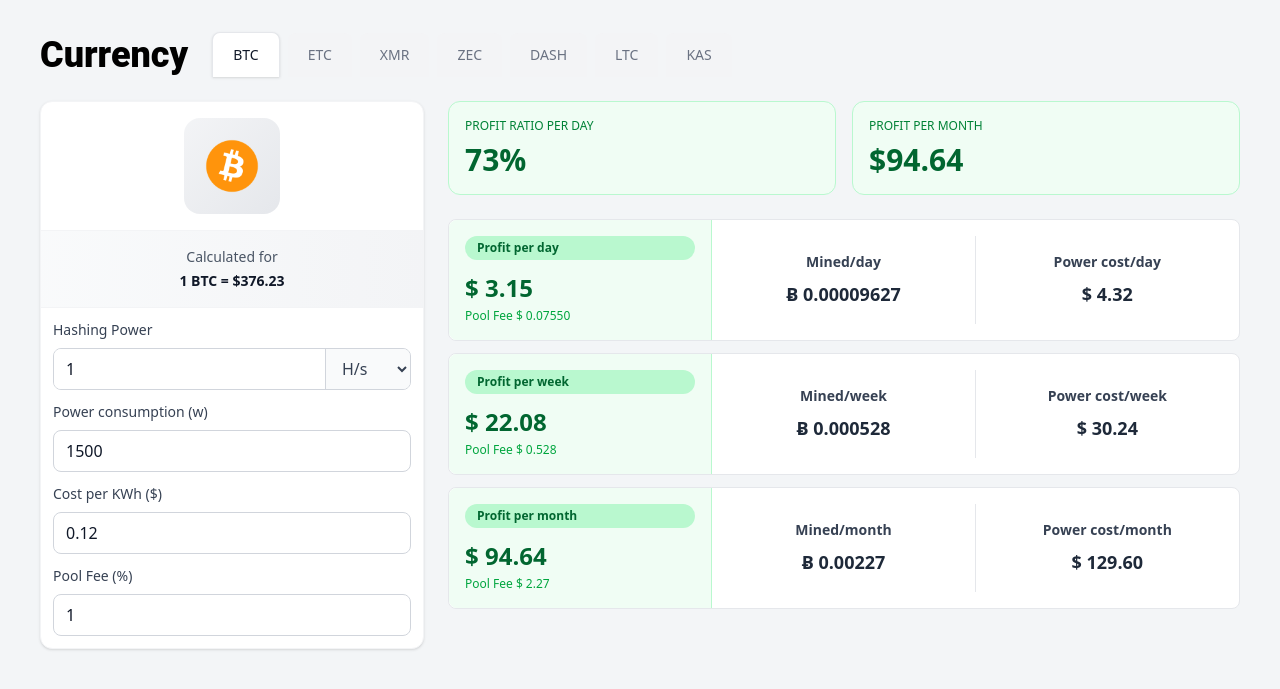
Repository: Bilal-Ahmad-CodeMaster/crypto-proj
Page: /
These files come from the project's save history. The page is drawn as it stood at one moment and after a run of saves; the edit follows.
The browser window is 1280 px wide. The pictures show the whole page.
The project was rebuilt for these pictures with package versions that can differ from the ones it lists, and the page was loaded fresh each time. The framework's server and built-in components were replaced by stand-ins that run in the browser. Also part of the build but not shown: next.config.ts.

Above is the page before, as saved 2025-11-25 22:36:45.

### src/app/layout.tsx
import './globals.css'
import React from 'react'


export const metadata = {
  title: 'Mining Dashboard',
}


export default function RootLayout({ children }: { children: React.ReactNode }) {
  return (
    <html lang="en">
      <body>
        {children}
      </body>
    </html>
  )
}

### src/app/page.tsx
'use client'
import React, { useState } from 'react'
import Tabs from './components/Tabs'
import HashingForm from './components/HashingForm'
import ResultCards from './components/ResultCards'


const currencies = [
  { id: 'btc', label: 'BTC' },
  { id: 'etc', label: 'ETC' },
  { id: 'xmr', label: 'XMR' },
  { id: 'zec', label: 'ZEC' },
  { id: 'dash', label: 'DASH' },
  { id: 'ltc', label: 'LTC' },
  { id: 'kas', label: 'KAS' }
]


export default function Page() {
  const [active, setActive] = useState('btc')


  return (
    <main className="min-h-screen p-8 bg-[#f3f5f7]">
      <div className="max-w-[1200px] mx-auto">
        <header className="flex items-center gap-6 mb-6">
          <h1 className="text-4xl font-extrabold text-black" style={{ fontFamily: '"Lobster", Roboto, Arial' }}>
            Currency
          </h1>
          <nav className="flex-1">
            <Tabs active={active} setActive={setActive} tabs={currencies} />
          </nav>
        </header>


        <div className="grid grid-cols-1 lg:grid-cols-3 gap-6">
          <div>
            <HashingForm active={active} />
          </div>


          <div className="lg:col-span-2">
            <ResultCards active={active} />
          </div>
        </div>
      </div>
    </main>
  )
}

### src/app/globals.css
@import "tailwindcss";

/* Small helpers to match the design exactly */
body {
  @apply bg-gray-50 font-sans text-gray-900 antialiased;
}

/* Hide focus indicators for all form inputs */
input:focus,
select:focus {
  outline: none !important;
  box-shadow: none;
}
.hashing-form input:focus,
.hashing-form select:focus {
  outline: none;

  box-shadow: none;
}
/* Chrome, Safari, Edge */
input[type="number"]::-webkit-inner-spin-button,
input[type="number"]::-webkit-outer-spin-button {
  -webkit-appearance: none;
  margin: 0;
}

### src/app/components/Tabs.tsx
'use client'
import React from 'react'

export default function Tabs({ active, setActive, tabs }: { active: string; setActive: (s: string) => void; tabs: { id: string; label: string }[] }) {
    return (
        <div className="flex gap-2 items-end">
            {tabs.map(t => (
                <button
                    key={t.id}
                    onClick={() => setActive(t.id)}
                    className={`px-5 py-3 rounded-t-lg text-sm font-medium transition-all ${active === t.id
                            ? 'bg-white text-gray-900 border-t border-l border-r border-gray-200 shadow-sm'
                            : 'text-gray-500 hover:text-gray-700 bg-gray-100 hover:bg-gray-200'
                        }`}
                    style={{ minWidth: 56 }}
                >
                    {t.label}
                </button>
            ))}
        </div>
    )
}

### src/app/components/HashingForm.tsx
'use client'
import Image from 'next/image'
import React from 'react'

export default function HashingForm({ active }: { active: string }) {
    return (
        <div className="bg-white rounded-xl shadow-sm border border-gray-100 overflow-hidden">
            <div className="p-4 border-b border-gray-100 flex items-center justify-center">
                <div className="w-24 h-24 bg-linear-to-br from-gray-100 to-gray-200 rounded-2xl flex items-center justify-center p-4">
                    <Image
                        src={`/${active.toLowerCase()}.png`}
                        alt="logo"
                        width={64}
                        height={64}
                        className="object-contain"
                    />
                </div>
            </div>

            <div className="bg-linear-to-r from-gray-50 to-gray-100 text-center py-4 text-sm text-gray-600 border-b border-gray-100">
                Calculated for
                <div className="font-semibold text-gray-900 mt-1">1 {active.toUpperCase()} = $376.23</div>
            </div>

            <div className="p-3 space-y-3">
                <div>
                    <label className="block text-sm font-medium text-gray-700 mb-2">Hashing Power</label>
                    <div className="flex rounded-lg overflow-hidden border border-gray-300 focus-within:ring-2 focus-within:ring-blue-500 focus-within:border-blue-500 transition-all">
                        <input
                            type="number"
                            defaultValue={1}
                            className="flex-1 px-3 py-2 outline-none bg-white"
                        />
                        <select className="px-3 py-2 bg-gray-50 border-l border-gray-300 text-gray-700">
                            <option>H/s</option>
                            <option>KH/s</option>
                            <option>MH/s</option>
                            <option>GH/s</option>
                            <option>TH/s</option>
                        </select>
                    </div>
                </div>

                <div>
                    <label className="block text-sm font-medium text-gray-700 mb-2">Power consumption (w)</label>
                    <input
                        className="w-full px-3 py-2 border border-gray-300 rounded-lg focus:ring-2 focus:ring-blue-500 focus:border-blue-500 transition-all"
                        defaultValue={1500} type="number"
                    />
                </div>

                <div>
                    <label className="block text-sm font-medium text-gray-700 mb-2">Cost per KWh ($)</label>
                    <input
                        className="w-full px-3 py-2 border border-gray-300 rounded-lg focus:ring-2 focus:ring-blue-500 focus:border-blue-500 transition-all"
                        defaultValue={0.12} type="number"
                    />
                </div>

                <div>
                    <label className="block text-sm font-medium text-gray-700 mb-2">Pool Fee (%)</label>
                    <input
                        className="w-full px-3 py-2 border border-gray-300 rounded-lg focus:ring-2 focus:ring-blue-500 focus:border-blue-500 transition-all"
                        defaultValue={1} type="number"
                    />
                </div>
            </div>
        </div>
    )
}

### src/app/components/ResultCards.tsx
'use client'
import React from 'react'

interface StatRowProps {
    title: string;
    money: string;
    mined: string;
    powerCost: string;
    poolFee: string;
    positive?: boolean;
}

function StatRow({ title, money, mined, powerCost, poolFee, positive = true }: StatRowProps) {
    return (
        <div className="mb-3 rounded-lg border border-gray-200 bg-white hover:shadow-sm transition-all">
            <div className="flex">
                {/* First part with background color */}
                <div className={`w-1/3 p-4 rounded-l-lg ${positive ? 'bg-green-50 border-r border-green-200' : 'bg-[#F15C5C] border-r border-red-200'}`}>
                    <div className={`text-xs font-semibold px-3 py-1 rounded-full ${positive ? 'bg-green-200 text-green-800' : 'bg-red-200 text-red-800'} mb-3`}>
                        Profit per {title.toLowerCase()}
                    </div>
                    <div className={`text-2xl font-bold mb-1 ${positive ? 'text-green-800' : 'text-red-800'}`}>{money}</div>
                    <div className={`text-xs ${positive ? 'text-green-600' : 'text-red-600'}`}>Pool Fee {poolFee}</div>
                </div>

                {/* Second and third parts without background color */}
                <div className="flex-1 grid grid-cols-2 items-center">
                    {/* Mined Column */}
                    <div className="text-center border-r border-gray-200 py-4">
                        <div className="text-sm font-semibold text-gray-700 mb-2">Mined/{title.toLowerCase()}</div>
                        <div className="text-lg font-bold text-gray-800">{mined}</div>
                    </div>

                    {/* Power Cost Column */}
                    <div className="text-center py-4">
                        <div className="text-sm font-semibold text-gray-700 mb-2">Power cost/{title.toLowerCase()}</div>
                        <div className="text-lg font-bold text-gray-800">{powerCost}</div>
                    </div>
                </div>
            </div>
        </div>
    )
}

export default function ResultCards({ active }: { active: string }) {
    const positive = active !== 'etc'

    // Get currency symbol based on active tab
    const getCurrencySymbol = () => {
        switch (active.toLowerCase()) {
            case 'btc': return 'Ƀ'
            case 'etc': return 'Ξ'
            case 'xmr': return 'ɱ'
            case 'zec': return 'ⓩ'
            case 'dash': return 'Đ'
            case 'ltc': return 'Ł'
            case 'kas': return 'Ҝ'
            default: return 'Ƀ'
        }
    }

    const currencySymbol = getCurrencySymbol()

    return (
        <div>
            {/* Summary Cards */}
            <div className="grid grid-cols-2 gap-4 mb-6">
                <div className={`rounded-xl p-4 border ${positive ? 'bg-green-50 border-green-200' : 'bg-red-50 border-red-200'}`}>
                    <div className={`text-xs font-medium ${positive ? 'text-green-700' : 'text-red-700'} mb-2`}>
                        PROFIT RATIO PER DAY
                    </div>
                    <div className={`text-3xl font-bold ${positive ? 'text-green-800' : 'text-red-800'}`}>
                        {positive ? '73%' : '-70%'}
                    </div>
                </div>

                <div className={`rounded-xl p-4 border ${positive ? 'bg-green-50 border-green-200' : 'bg-red-50 border-red-200'}`}>
                    <div className={`text-xs font-medium ${positive ? 'text-green-700' : 'text-red-700'} mb-2`}>
                        PROFIT PER MONTH
                    </div>
                    <div className={`text-3xl font-bold ${positive ? 'text-green-800' : 'text-red-800'}`}>
                        {positive ? '$94.64' : '$ -90.66'}
                    </div>
                </div>
            </div>

            {/* Time Period Cards */}
            <div>
                <StatRow
                    title="Day"
                    money="$ 3.15"
                    mined={`${currencySymbol} 0.00009627`}
                    powerCost="$ 4.32"
                    poolFee="$ 0.07550"
                    positive={positive}
                />
                <StatRow
                    title="Week"
                    money="$ 22.08"
                    mined={`${currencySymbol} 0.000528`}
                    powerCost="$ 30.24"
                    poolFee="$ 0.528"
                    positive={positive}
                />
                <StatRow
                    title="Month"
                    money="$ 94.64"
                    mined={`${currencySymbol} 0.00227`}
                    powerCost="$ 129.60"
                    poolFee="$ 2.27"
                    positive={positive}
                />
            </div>
        </div>
    )
}

After the next 2 saves:
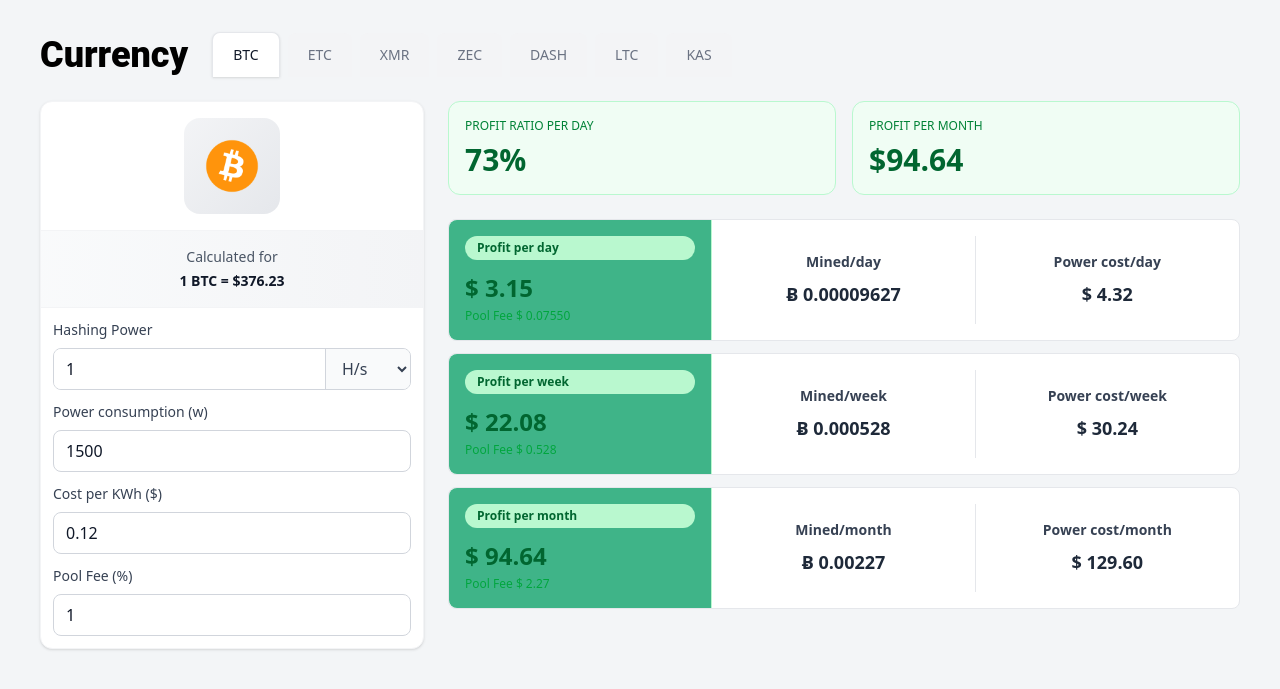
The 2 saves are shown as one change because they came seconds apart.
The last was saved 13 s later.
--- a/src/app/components/ResultCards.tsx
+++ b/src/app/components/ResultCards.tsx
@@ -15,7 +15,7 @@
         <div className="mb-3 rounded-lg border border-gray-200 bg-white hover:shadow-sm transition-all">
             <div className="flex">
                 {/* First part with background color */}
-                <div className={`w-1/3 p-4 rounded-l-lg ${positive ? 'bg-green-50 border-r border-green-200' : 'bg-[#F15C5C] border-r border-red-200'}`}>
+                <div className={`w-1/3 p-4 rounded-l-lg ${positive ? 'bg-[#3FB488] border-r border-green-200' : 'bg-[#F15C5C] border-r border-red-200'}`}>
                     <div className={`text-xs font-semibold px-3 py-1 rounded-full ${positive ? 'bg-green-200 text-green-800' : 'bg-red-200 text-red-800'} mb-3`}>
                         Profit per {title.toLowerCase()}
                     </div>
